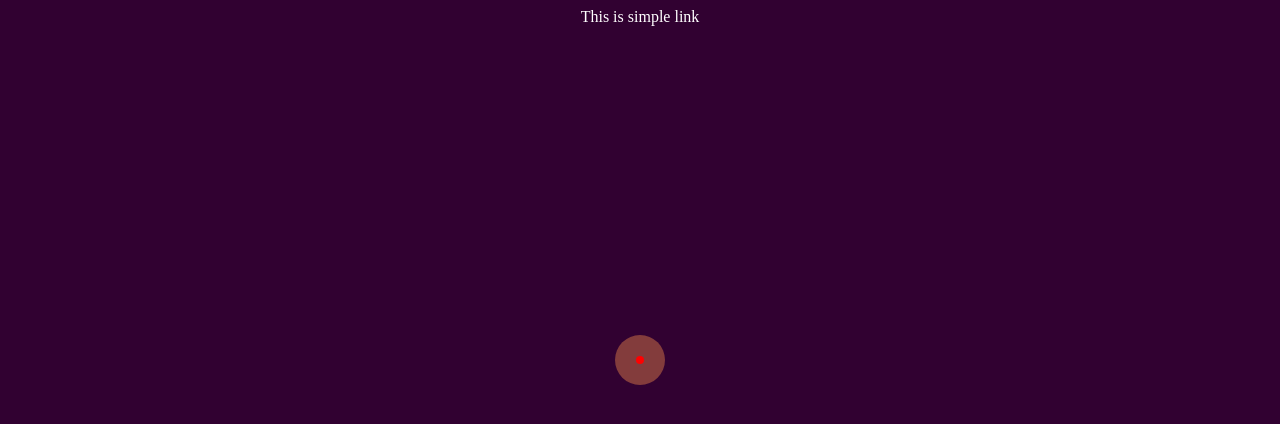
Repository: Minkeani/CustomCursor
Page: /
These files come from the project's save history. The page is drawn as it stood at one moment and after the next save; the edit follows.
The browser window is 1280 px wide. The pictures show the whole page.
The pointer rests on the first visible `a`.
The project was rebuilt for these pictures with package versions that can differ from the ones it lists, and the page was loaded fresh each time.

Above is the page before, as saved 2022-06-11 13:20:37.

### src/index.css
* {
  cursor: none;
  color: white;
  background-color: #310131;
}

### src/App.js
import './App.css';
import Link from './Link';
import Cursor from './Cursor';

function App() {
  return (
    <div className="App">
        <Cursor/>
        <Link/>
    </div>
  );
}

export default App;

### src/Link.js
import React from 'react'

export default function Link() {
  return (
    <a>
      This is simple link
    </a>
  )
}

### src/Cursor.js
import React from 'react'
import { useRef, useEffect } from 'react'
import './Cursor.css'

export default function Cursor() {
    const dot = useRef(null)
    const delay = 18;
    const dotOutLine = useRef(null)

    const cursorVisible = useRef(true);
  const cursorEnlarged = useRef(false);

  const endX = useRef(window.innerWidth / 2);
  const endY = useRef(window.innerHeight / 2);
  const _x = useRef(0);
  const _y = useRef(0);

  const requestRef = useRef(null);

  useEffect(() => {
    document.addEventListener('mousedown', mouseOverEvent);
    document.addEventListener('mouseup', mouseOutEvent);
    document.addEventListener('mousemove', mouseMoveEvent);
    document.addEventListener('mouseenter', mouseEnterEvent);
    document.addEventListener('mouseleave', mouseLeaveEvent);

    animateDotOutline();
    return () => {
        document.removeEventListener('mousedown', mouseOverEvent);
        document.removeEventListener('mouseup', mouseOutEvent);
        document.removeEventListener('mousemove', mouseMoveEvent);
        document.removeEventListener('mouseenter', mouseEnterEvent);
        document.removeEventListener('mouseleave', mouseLeaveEvent);

        cancelAnimationFrame(requestRef.current);
    }

  }, [])

  const toggleCursorVisibility  = () => {
    if(cursorVisible.current) {
        dot.current.style.opacity = 1;
        dotOutLine.current.style.opacity = 1;
    } else {
        dot.current.style.opacity = 0;
        dotOutLine.current.style.opacity = 0;
    }
  }
  const toggleCursorSize = () => {
    if(cursorEnlarged.current) {
        dot.current.style.transform = 'translate(-50%, -50%) scale(0.75)';
        dotOutLine.current.style.transform = 'translate(-50%, -50%) scale(1.5)';
    } else {
        dot.current.style.transform = 'translate(-50%, -50%) scale(1)';
        dotOutLine.current.style.transform = 'translate(-50%, -50%) scale(1)';
    }
  }

    const mouseOverEvent = () => {
        cursorEnlarged.current = true;
        toggleCursorSize()
    }

    const mouseOutEvent = () => {
        cursorEnlarged.current = false;
        toggleCursorSize()
    }

    const mouseEnterEvent = () => {
        cursorVisible.current = true;
        toggleCursorVisibility()
    }

    const mouseLeaveEvent = () => {
        cursorVisible.current = false;
        toggleCursorVisibility();
      };

      const mouseMoveEvent = e => {
        cursorVisible.current = true;
        toggleCursorVisibility()

        endX.current = e.pageX;
        endY.current = e.pageY;

        dot.current.style.top = endY.current + 'px';
        dot.current.style.left = endX.current + 'px';
    }

    const animateDotOutline = () => {
        _x.current += (endX.current - _x.current) / delay;
        _y.current += (endY.current - _y.current) / delay;

        dotOutLine.current.style.top = _y.current + 'px';
        dotOutLine.current.style.left = _x.current + 'px';

        requestRef.current = requestAnimationFrame(animateDotOutline)
    }
  return (
    <>
        <div ref={dotOutLine} className="cursor-dot-outline"></div>
        <div ref={dot} className="cursor-dot"></div>
    </>
  )
}

### src/Cursor.css
.cursor-dot,
.cursor-dot-outline {
    pointer-events: none;
    position: absolute;
    top: 50%;
    left: 50%;
    transform: translate(-50%, -50%);
    border-radius: 50%;
    opacity: 1;
    transition: opacity .3s ease-in-out, transform .3s ease-in-out;
}

.cursor-dot {
    width: 8px;
    height: 8px;
    background-color: red;
}

.cursor-dot-outline {
    width: 50px;
    height: 50px;
    background-color: #833c3c;

}

Loaded but not shown: public/index.html (common file); src/index.js (common file); src/App.css (common file); public/manifest.json (common file)

After the next save:
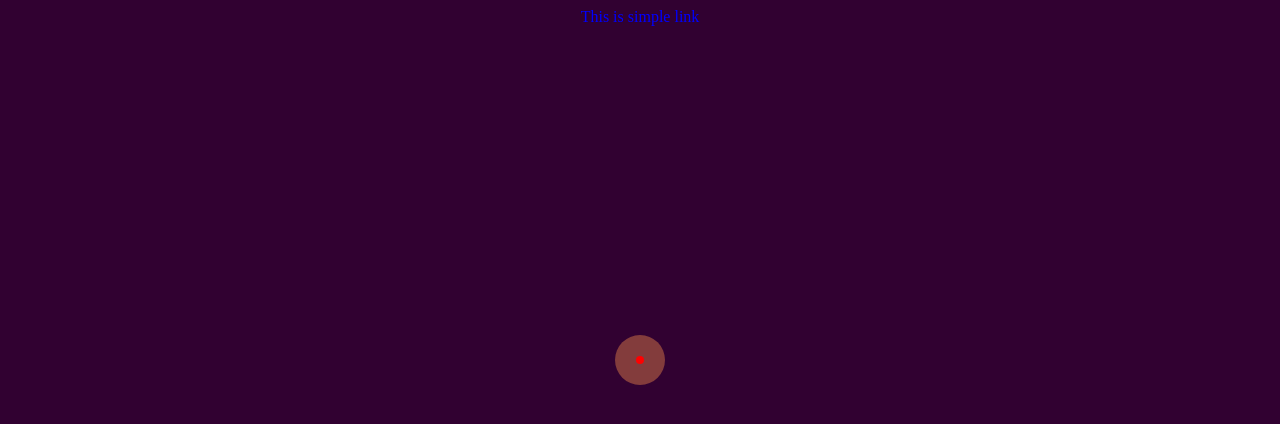
Saved 2 min 0 s later.
--- a/src/index.css
+++ b/src/index.css
@@ -3,3 +3,7 @@
   color: white;
   background-color: #310131;
 }
+
+a:hover {
+  color: blue
+}
